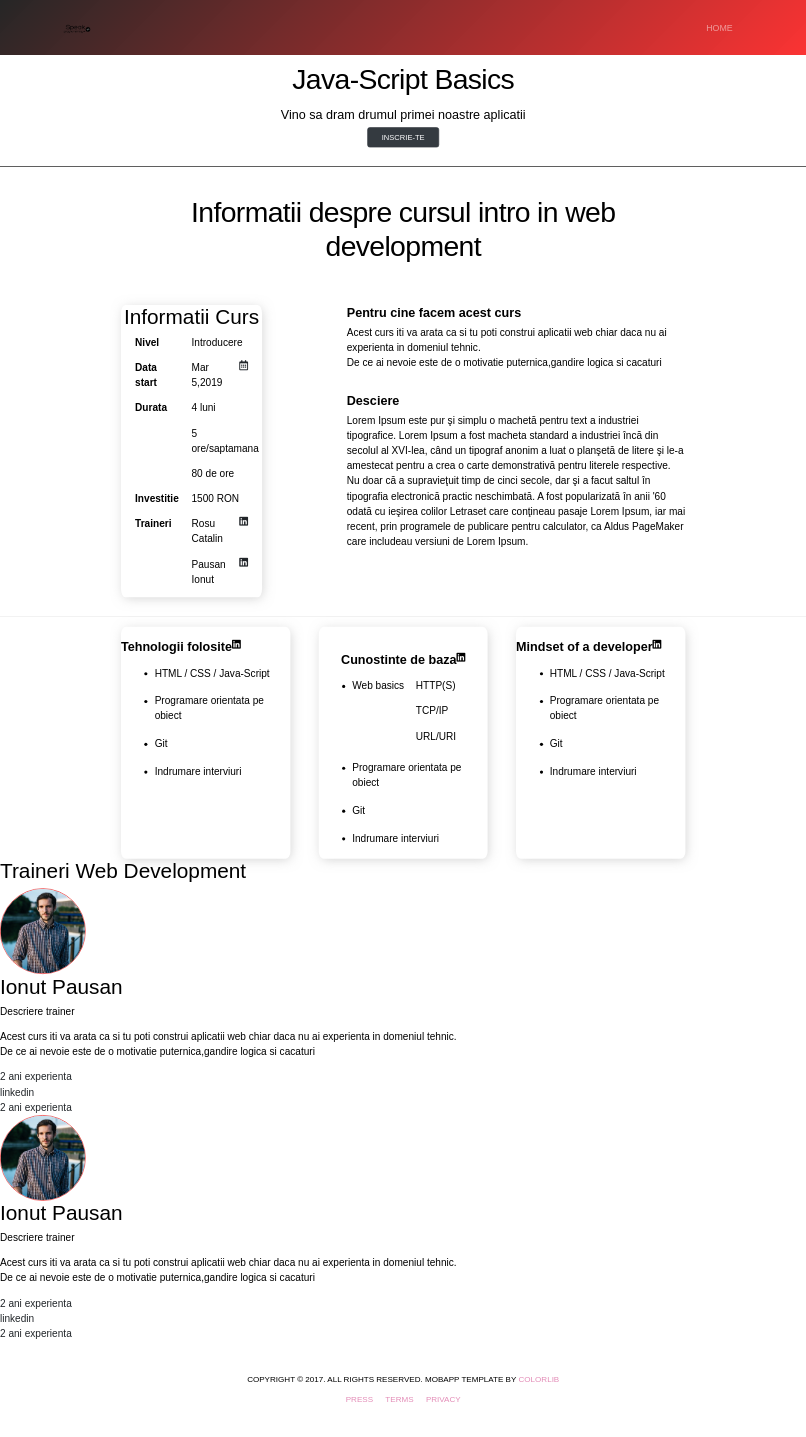
Repository: RosuCatalinDorin/ITSchool
Page: detaliiCurs/views/detalii-curs.html
The author's editor kept a copy of each file at every save. The page is drawn from the files as they stood at one save, then again after the next save.
The browser window is 1280 px wide. The pictures show the whole page, at 63% of full size.
Some web libraries are served in a nearby version.

Above is the page before, as saved 2019-03-12 08:04:36.

After the next save:
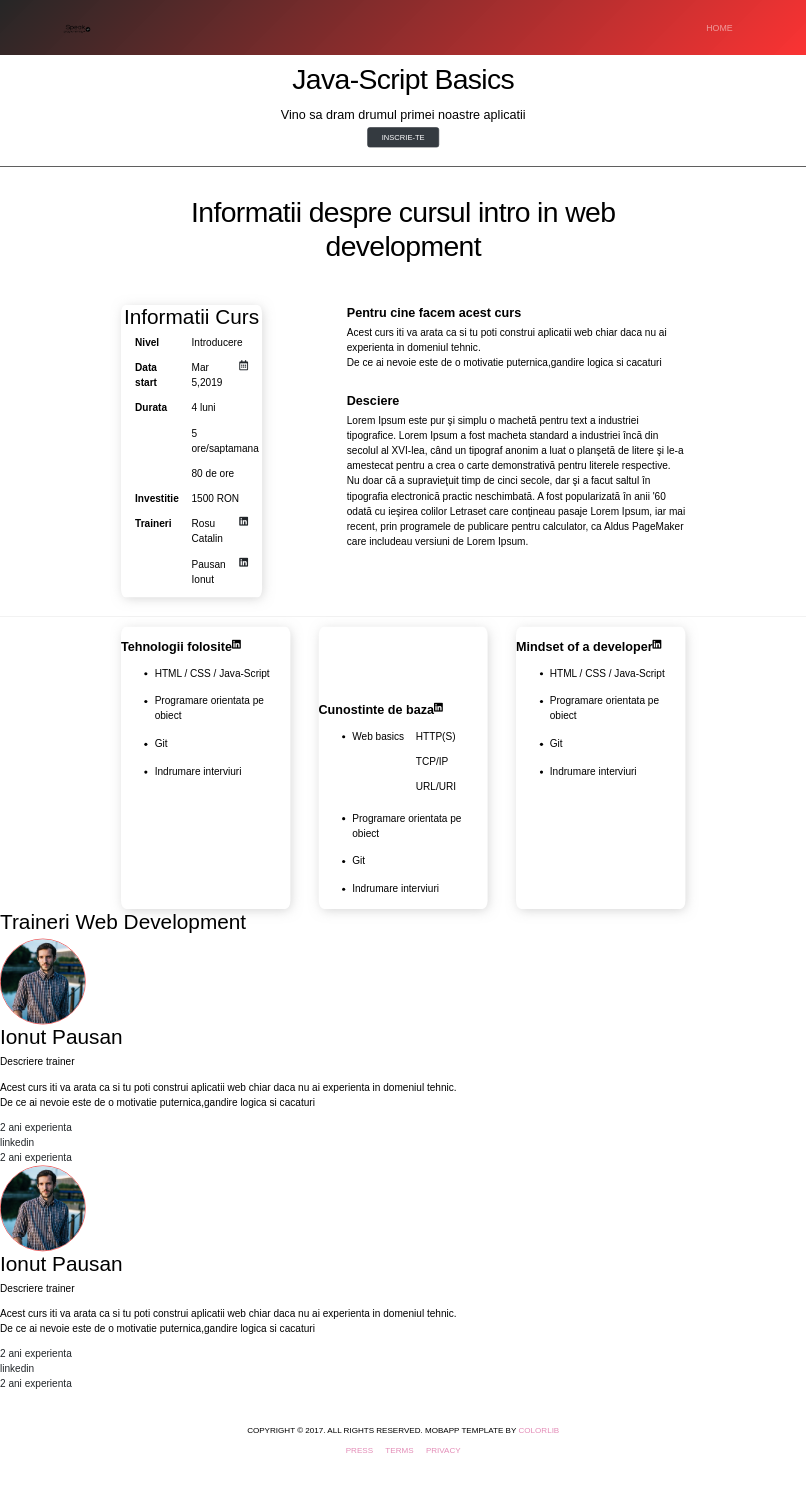
Saved 20 s later.
--- a/detaliiCurs/views/detalii-curs.html
+++ b/detaliiCurs/views/detalii-curs.html
@@ -157,7 +157,7 @@
         </ul>
     </div>
     <div class="programa-curs-row">
-        <header class="programa-curs-header">
+        <header class="d">
             <div class="programa-curs-header">
                 <h4>Cunostinte de baza</h4>
                 <i class="fab fa-linkedin"></i>
